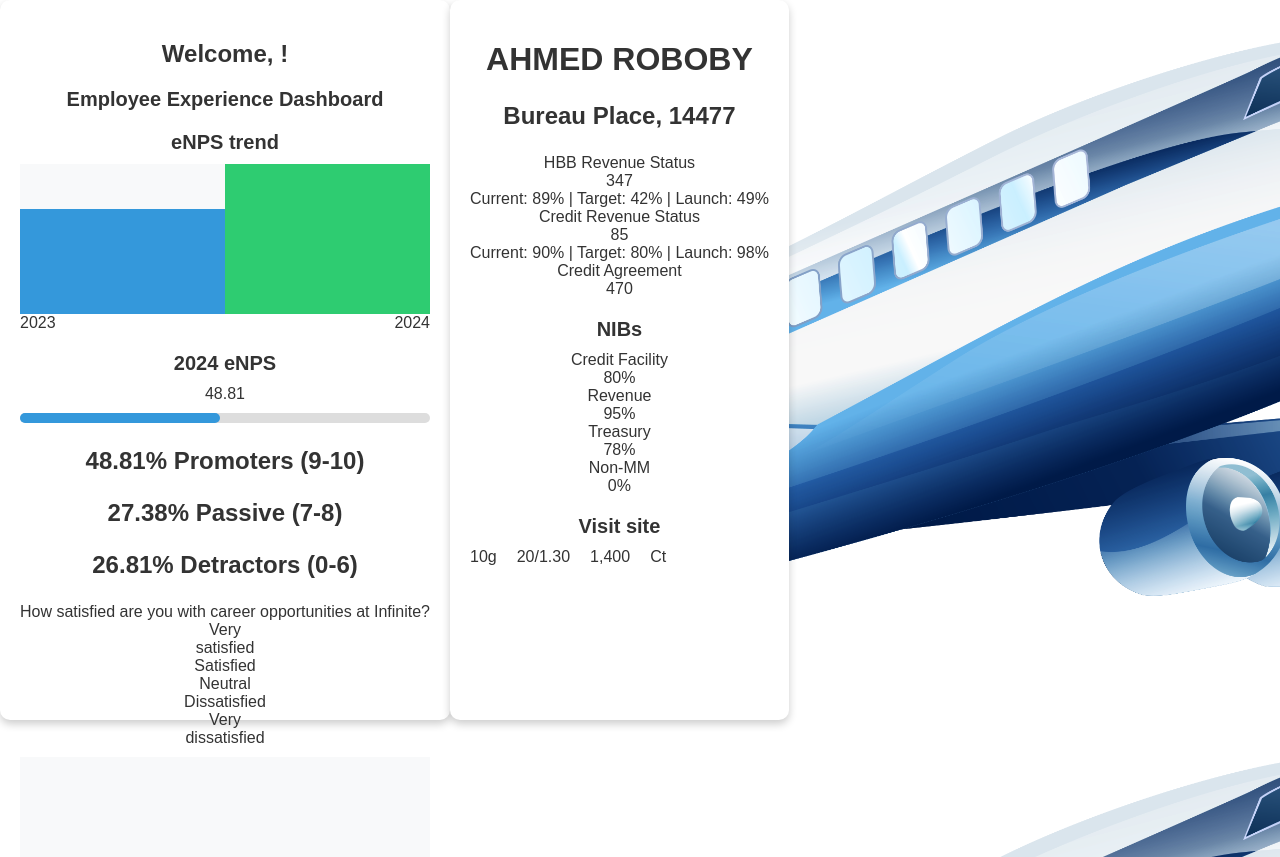
Repository: Ramaryal33/Airline-Management-System
Page: http://localhost/Airline_Management_System/WEB-INF/page/staffDashboard.jsp
These files come from the project's save history. The page is drawn as it stood at one moment and after the next save; the edit follows.
The browser window is 1280 px wide. The pictures show the whole page.
Backgrounds fixed to the window are drawn as part of the page. The page is served by Tomcat 10. Nobody is signed in. Other server files are loaded and not shown. The template is opened directly, without the code that normally fills it, so the values that code supplies are empty.

Above is the page before, as saved 2025-05-01 15:26:43.

### Airline_Management_System/src/main/webapp/WEB-INF/page/staffDashboard.jsp
<%@ page language="java" contentType="text/html; charset=UTF-8" pageEncoding="UTF-8"%>
<!DOCTYPE html>
<html>
<head>
    <meta charset="UTF-8">
    <title>Staff Dashboard</title>
   <link rel="stylesheet" href="${pageContext.request.contextPath}/css/staff.css">
</head>
<body>
    <div class="dashboard-container">
        <!-- Employee Experience Section -->
        <div class="card">
        <h2>Welcome, ${user.fullName}!</h2>
            <h3>Employee Experience Dashboard</h3>

            <div class="metric">
                <h3>eNPS trend</h3>
                <!-- Chart would go here in a real implementation -->
                <div style="height: 150px; background-color: #f8f9fa; display: flex; align-items: flex-end;">
                    <div style="width: 50%; height: 70%; background-color: #3498db;"></div>
                    <div style="width: 50%; height: 100%; background-color: #2ecc71;"></div>
                </div>
                <div style="display: flex; justify-content: space-between;">
                    <span>2023</span>
                    <span>2024</span>
                </div>
            </div>

            <div class="metric">
                <h3>2024 eNPS</h3>
                <div class="metric-value">48.81</div>
                <div class="progress-bar">
                    <div class="progress" style="width: 48.81%"></div>
                </div>
                <p>48.81% Promoters (9-10)</p>
                <p>27.38% Passive (7-8)</p>
                <p>26.81% Detractors (0-6)</p>
            </div>

            <div class="satisfaction-item">
                <div class="satisfaction-question">How satisfied are you with career opportunities at Infinite?</div>
                <div class="satisfaction-options">
                    <div class="satisfaction-option">Very<br>satisfied</div>
                    <div class="satisfaction-option">Satisfied</div>
                    <div class="satisfaction-option">Neutral</div>
                    <div class="satisfaction-option">Dissatisfied</div>
                    <div class="satisfaction-option">Very<br>dissatisfied</div>
                </div>
                <!-- Chart would go here -->
                <div style="height: 100px; background-color: #f8f9fa; margin-top: 10px;"></div>
            </div>
        </div>

        <!-- Employee Profile Section -->
        <div class="card">
            <div class="profile-header">
                <h1>AHMED ROBOBY</h1>
            </div>
            <p>Bureau Place, 14477</p>

            <div class="metric">
                <div class="metric-title">HBB Revenue Status</div>
                <div class="metric-value">347</div>
                <div>Current: 89% | Target: 42% | Launch: 49%</div>
            </div>

            <div class="metric">
                <div class="metric-title">Credit Revenue Status</div>
                <div class="metric-value">85</div>
                <div>Current: 90% | Target: 80% | Launch: 98%</div>
            </div>

            <div class="metric">
                <div class="metric-title">Credit Agreement</div>
                <div class="metric-value">470</div>
            </div>

            <h3>NIBs</h3>
            <div class="nibs-container">
                <div class="nibs-item">
                    <div>Credit Facility</div>
                    <div class="nibs-percentage">80%</div>
                </div>
                <div class="nibs-item">
                    <div>Revenue</div>
                    <div class="nibs-percentage">95%</div>
                </div>
                <div class="nibs-item">
                    <div>Treasury</div>
                    <div class="nibs-percentage">78%</div>
                </div>
                <div class="nibs-item">
                    <div>Non-MM</div>
                    <div class="nibs-percentage">0%</div>
                </div>
            </div>

            <h3>Visit site</h3>
            <div style="display: flex; gap: 20px;">
                <div>10g</div>
                <div>20/1.30</div>
                <div>1,400</div>
                <div>Ct</div>
            </div>
        </div>
    </div>
</body>
</html>

### Airline_Management_System/src/main/webapp/css/staff.css
body {
    margin: 0;
    font-family: Arial, sans-serif;
    background: url('/images/plane.png') no-repeat center center fixed;
    background-size: cover;
    color: #fff;
}

.dashboard-container {
    display: flex;
    height: 100vh;
}

.sidebar {
    width: 220px;
    background-color: rgb(81, 65, 120);
    padding: 20px;
    color: white;
}

.sidebar h2 {
    font-size: 22px;
    margin-bottom: 20px;
}

.sidebar ul {
    list-style: none;
    padding: 0;
}

.sidebar ul li {
    margin: 15px 0;
}

.sidebar ul li a {
    text-decoration: none;
    color: white;
    font-weight: bold;
}

.sidebar ul li a:hover {
    text-decoration: underline;
}

.main-content {
    flex-grow: 1;
    padding: 40px;
    background: rgba(0, 0, 0, 0.4);
    overflow-y: auto;
}

.header h1 {
    font-size: 28px;
    margin-bottom: 10px;
}

.header h2 {
    font-size: 18px;
    font-weight: normal;
    color: #ddd;
    margin-bottom: 30px;
}

.cards {
    display: grid;
    grid-template-columns: repeat(auto-fit, minmax(200px, 1fr));
    gap: 20px;
}

.card {
    background: white;
    color: #333;
    border-radius: 10px;
    padding: 20px;
    box-shadow: 0 4px 8px rgba(0,0,0,0.2);
    text-align: center;
}

.card h3 {
    font-size: 20px;
    margin-bottom: 10px;
}

.card p {
    font-size: 24px;
    font-weight: bold;
}

.progress-bar {
    background: #ddd;
    border-radius: 5px;
    height: 10px;
    margin-top: 10px;
    width: 100%;
}

.progress {
    background: #3498db;
    height: 10px;
    border-radius: 5px;
}

After the next save:
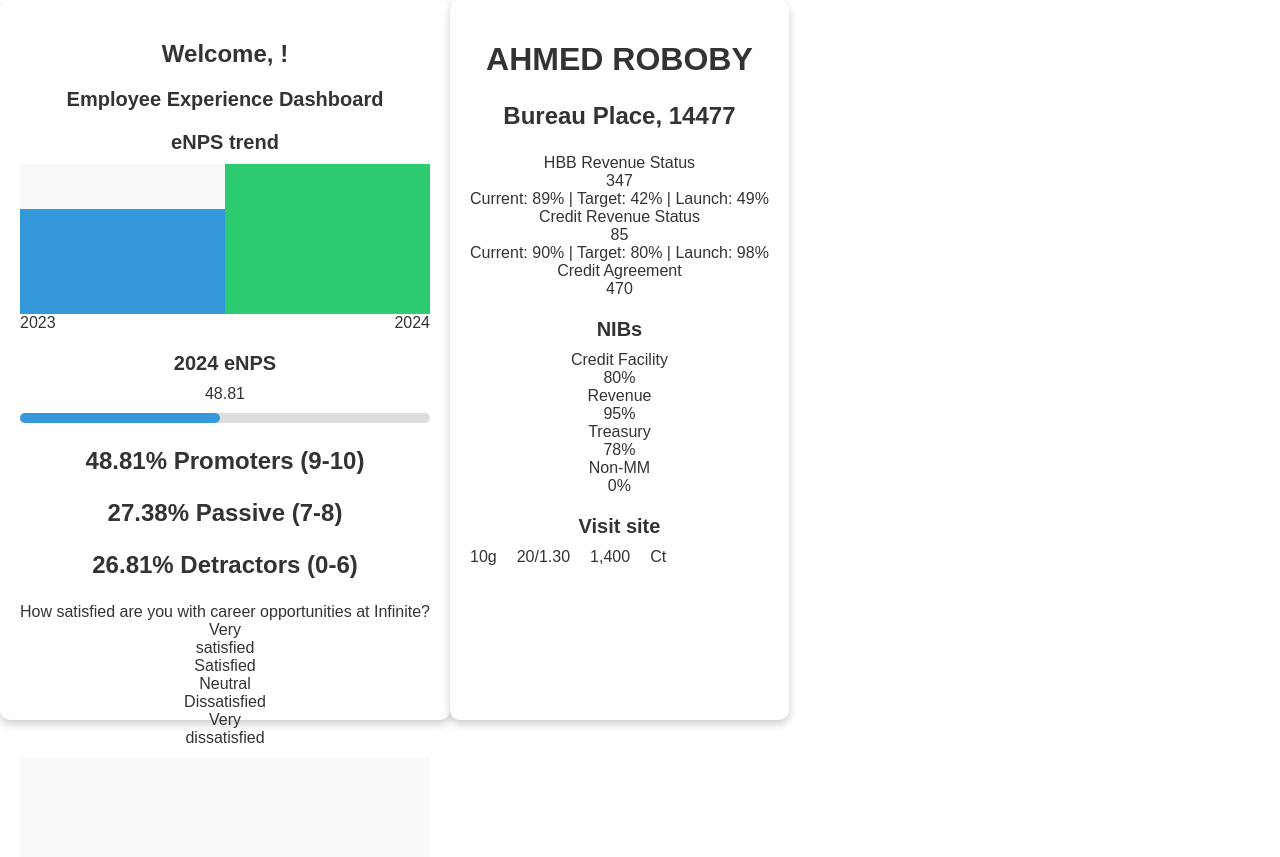
Not found: Airline_Management_System/images/aeroplane.png
Saved 7 min 17 s later.
--- a/Airline_Management_System/src/main/webapp/css/staff.css
+++ b/Airline_Management_System/src/main/webapp/css/staff.css
@@ -1,7 +1,7 @@
 body {
     margin: 0;
     font-family: Arial, sans-serif;
-    background: url('/images/plane.png') no-repeat center center fixed;
+    background: url('/images/aeroplane.png') no-repeat center center fixed;
     background-size: cover;
     color: #fff;
 }

After the 2 saves that followed:
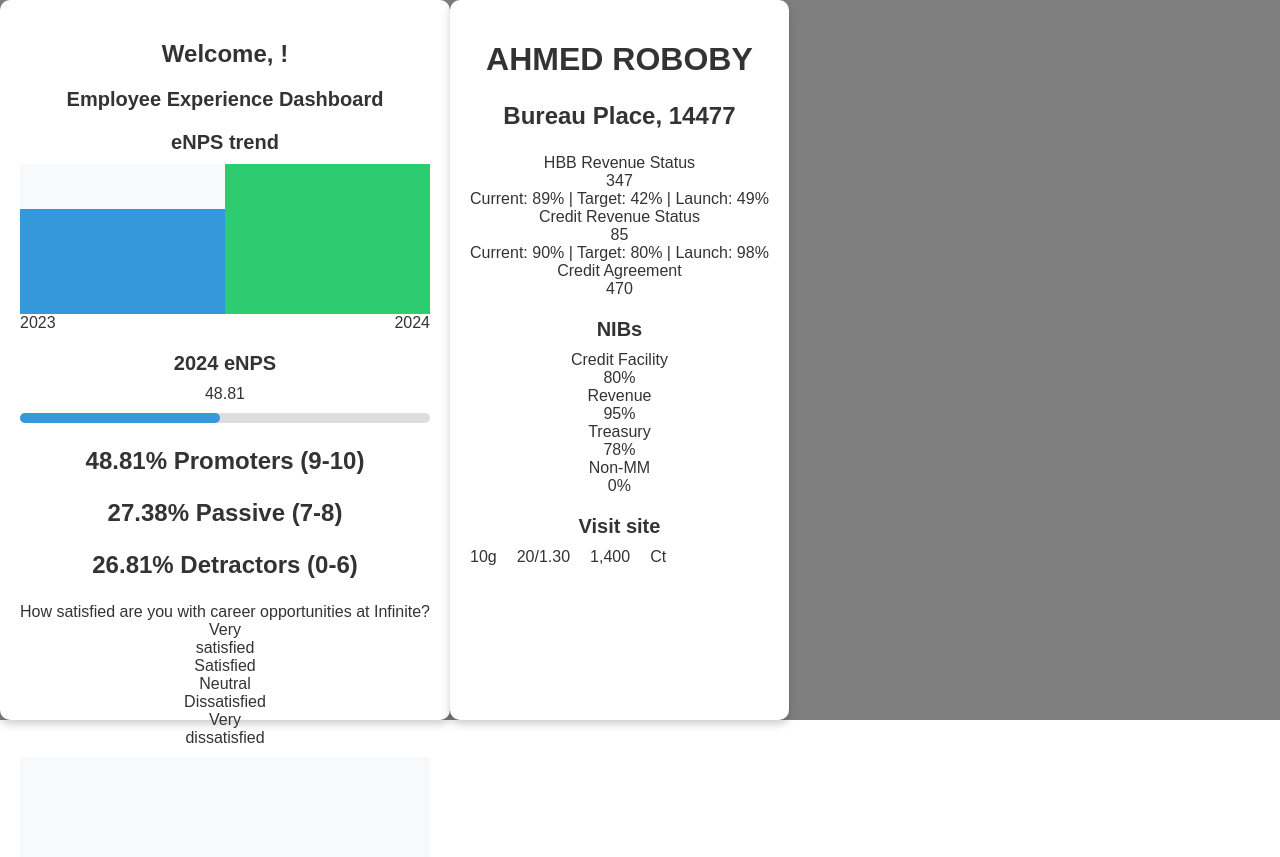
The 2 saves are shown as one change because 1 left the picture as it was.
The last was saved 11 min 47 s later.
--- a/Airline_Management_System/src/main/webapp/css/staff.css
+++ b/Airline_Management_System/src/main/webapp/css/staff.css
@@ -1,19 +1,27 @@
 body {
     margin: 0;
     font-family: Arial, sans-serif;
-    background: url('/images/aeroplane.png') no-repeat center center fixed;
+    color: #fff;
+}
+
+.dashboard-background {
+    background: url('image/aeroplane.jpg') no-repeat center center fixed;
     background-size: cover;
-    color: #fff;
+    min-height: 70vh;
+    display: flex;
+    align-items: stretch;
 }
 
 .dashboard-container {
     display: flex;
+    width: 100%;
     height: 100vh;
+    background-color: rgba(0, 0, 0, 0.5); /* Dark overlay */
 }
 
 .sidebar {
     width: 220px;
-    background-color: rgb(81, 65, 120);
+    background-color: rgba(81, 65, 120, 0.95);
     padding: 20px;
     color: white;
 }
@@ -45,13 +53,12 @@
 .main-content {
     flex-grow: 1;
     padding: 40px;
-    background: rgba(0, 0, 0, 0.4);
     overflow-y: auto;
 }
 
 .header h1 {
-    font-size: 28px;
-    margin-bottom: 10px;
+    font-size: 32px;
+    margin-bottom: 5px;
 }
 
 .header h2 {
